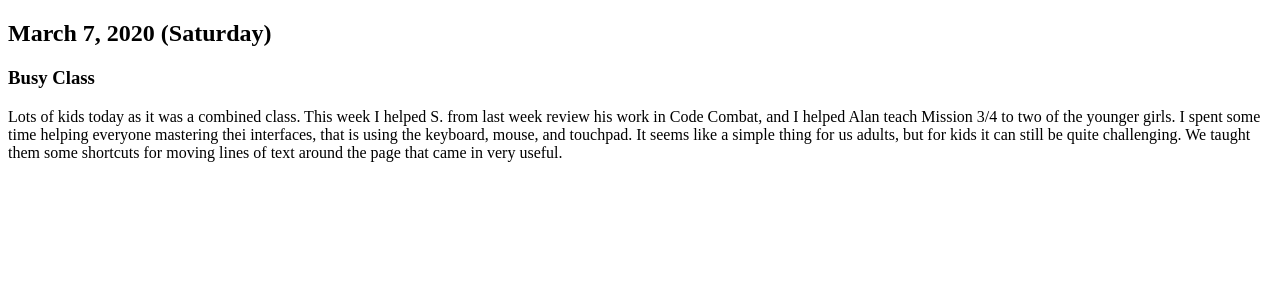
Repository: chocochocosensei/Mission-Exercises
Page: page2/index.html
An editor plug-in stored every save of this project. The page is shown before and after the next save, followed by the edit.
The browser window is 1280 px wide. The pictures show the whole page.

Above is the page before, as saved 2020-03-10 02:42:38.

### page2/index.html
<!DOCTYPE html>
<html lang="en">

<head>
    <meta charset="UTF-8">
    <meta name="viewport" content="width=device-width, initial-scale=1.0">
    <link rel="stylesheet" href="../style.css">

    <title>My Diary</title>
</head>

<body>
    <section>
        <div class="section-title">
            <h2 id="march-7-2020-saturday">March 7, 2020 (Saturday)</h2>
        </div>
        <div class="section-activity">
            <div class="card">
                <div class="title">
                    <h3 id="busy-class">Busy Class</h3>
                </div>
                <div class="content">
                    <p>Lots of kids today as it was a combined class. This week I helped S. from last week review his work in Code Combat, and I helped Alan teach Mission 3/4 to two of the younger girls. I spent some time helping everyone mastering thei
                        interfaces, that is using the keyboard, mouse, and touchpad. It seems like a simple thing for us adults, but for kids it can still be quite challenging. We taught them some shortcuts for moving lines of text around the page that
                        came in very useful.</p>
                </div>
            </div>

            <div class="card hidden">
                <div class="title">
                    <h3 id="busy-class">Hours</h3>
                </div>
                <div class="content">
                    <p>Class: 10:30-12:30</p>
                    <p>Hours: 2</p>
                </div>

            </div>
        </div>
    </section>


</body>

</html>

### style.css
*.hidden {
    display: none;
}

After the next save:
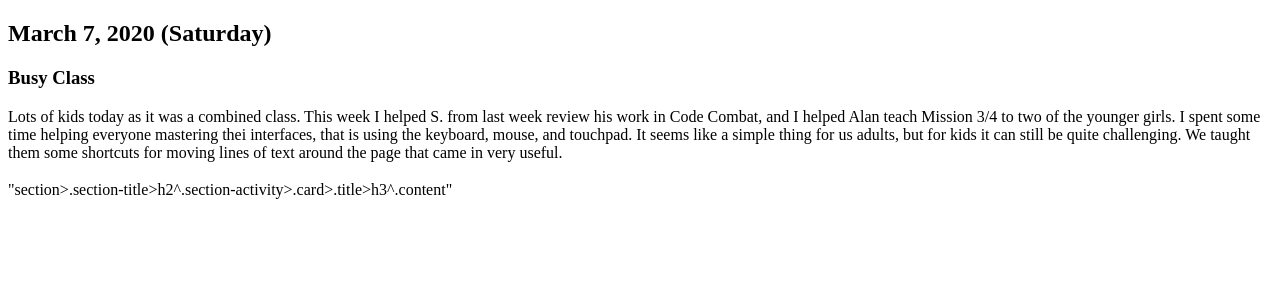
Saved 3 h 11 min later.
--- a/page2/index.html
+++ b/page2/index.html
@@ -10,6 +10,9 @@
 </head>
 
 <body>
+
+
+
     <section>
         <div class="section-title">
             <h2 id="march-7-2020-saturday">March 7, 2020 (Saturday)</h2>
@@ -39,6 +42,28 @@
         </div>
     </section>
 
+    <section>
+        <div class="section-title">
+            <h2>
+            </h2>
+        </div>
+        <div class="section-activity">
+            <div class="card">
+                <div class="title">
+                    <h3>
+
+                    </h3>
+                </div>
+                <div class="content"></div>
+            </div>
+
+
+        </div>
+    </section>
+
+    "section>.section-title>h2^.section-activity>.card>.title>h3^.content"
+
+
 
 </body>
 
